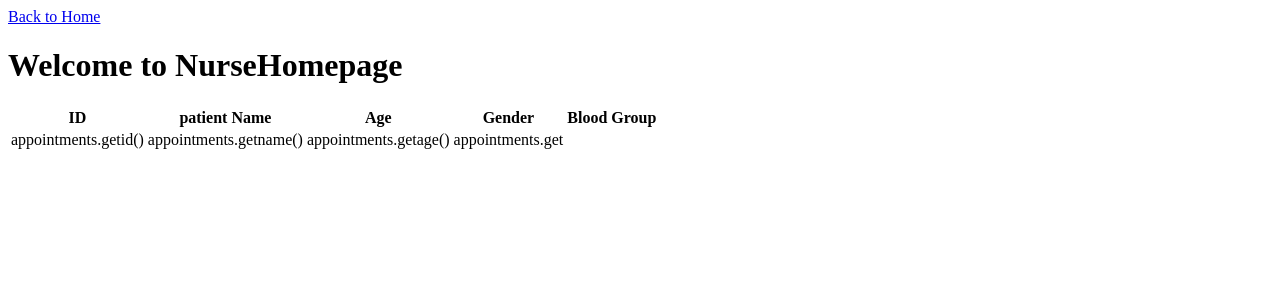
Repository: Rajasekaran0415/LifeCare-Management-System
Page: Project/nurseHompage.html
These files come from the project's save history. The page is drawn as it stood at one moment and after a run of saves; the edit follows.
The browser window is 1280 px wide. The pictures show the whole page.

Above is the page before, as saved 2026-01-28 21:55:21.

After the next 5 saves:
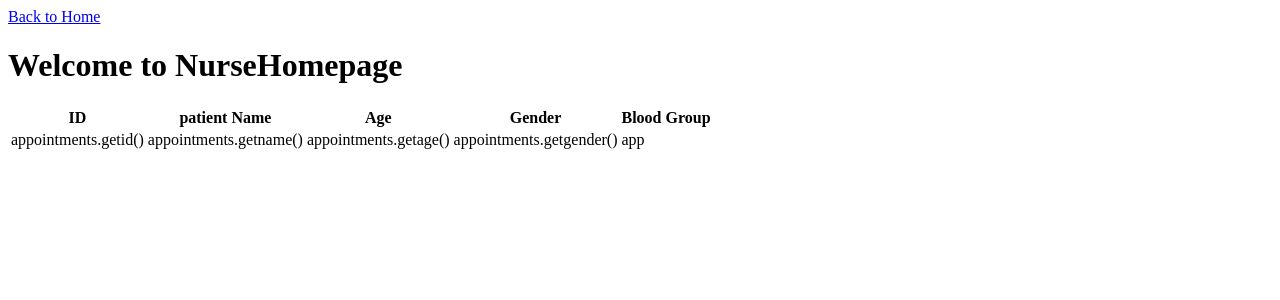
The 5 saves are shown as one change because they came seconds apart.
The last was saved 15 s later.
--- a/Project/nurseHompage.html
+++ b/Project/nurseHompage.html
@@ -26,7 +26,8 @@
                     <td>appointments.getid()</td>
                     <td>appointments.getname()</td>
                     <td>appointments.getage()</td>
-                    <td>appointments.get</td>
+                    <td>appointments.getgender()</td>
+                    <td>app</td>
                 </tr>
 
             </table>
